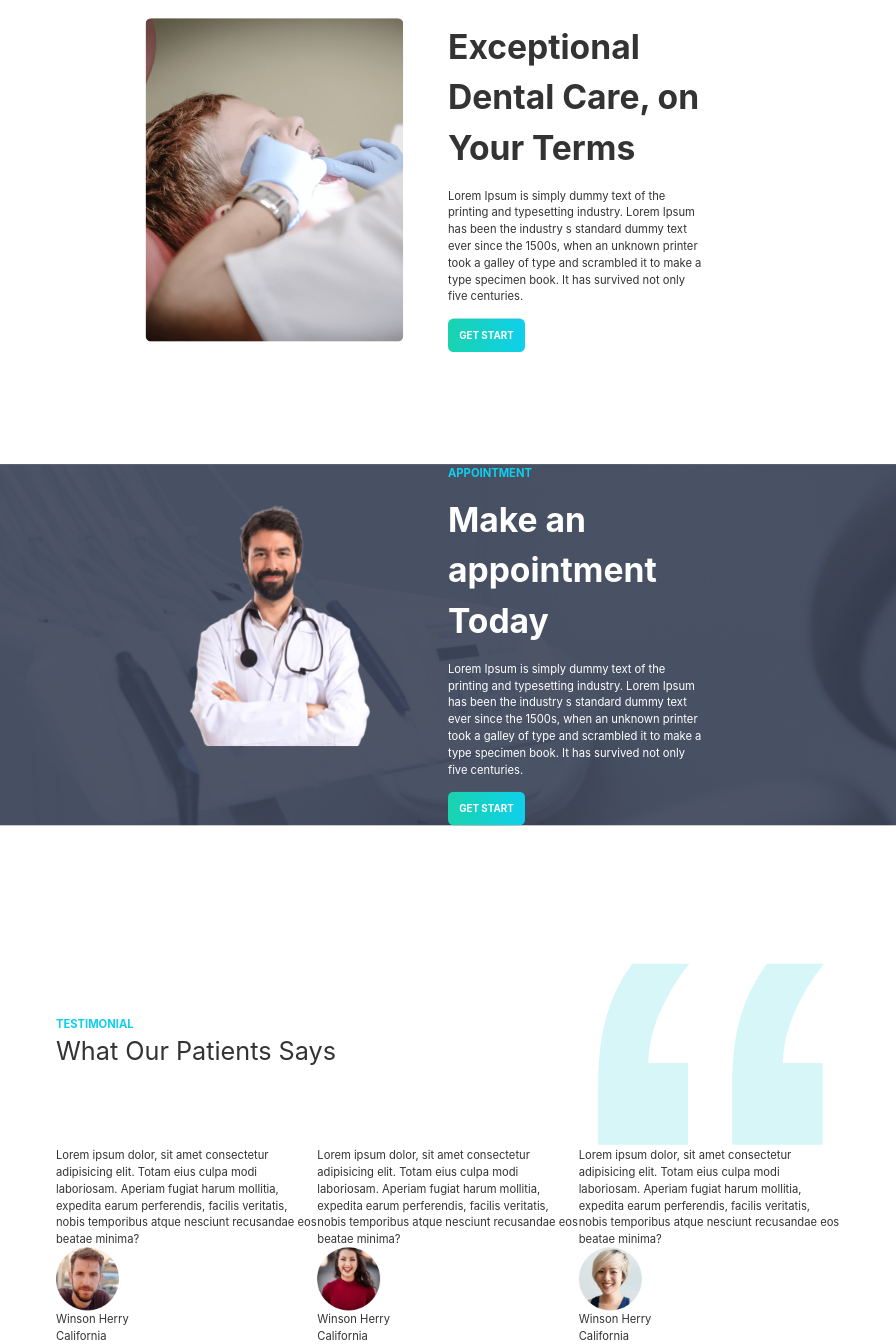
Repository: shikubro90/doctorsportal
Page: /
These files come from the project's save history. The page is drawn as it stood at one moment and after a run of saves; the edit follows.
The browser window is 1280 px wide. The pictures show the part of the page from y = 1780 to 3700 px (the page is 3700 px tall before and 3676 px after), at 70% of full size.
The project was rebuilt for these pictures with package versions that can differ from the ones it lists, and the page was loaded fresh each time. Also part of the build but not shown: src/App.css, src/Pages/About/About.jsx.

Above is the page before, as saved 2022-10-02 09:23:29.

After the next 5 saves:
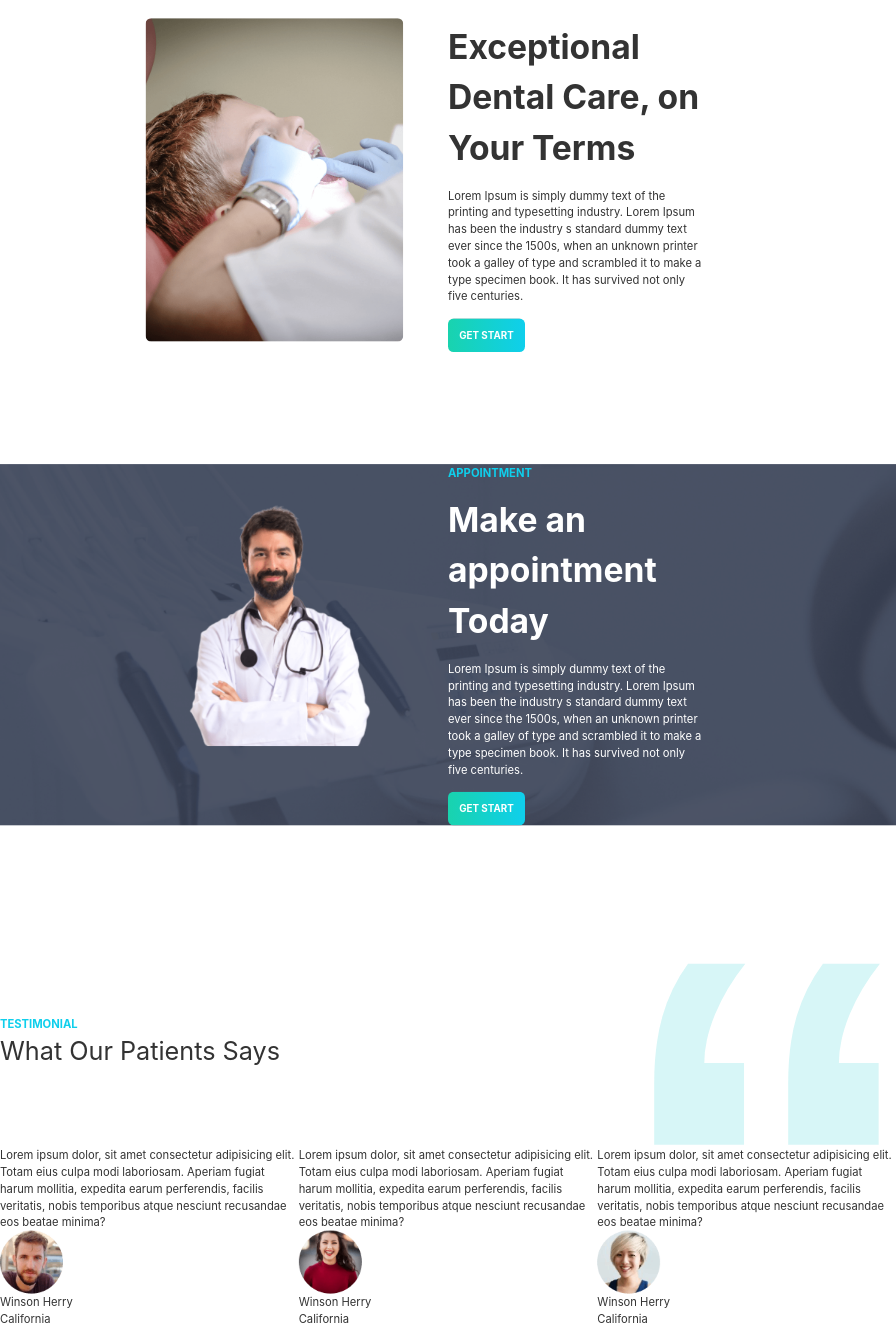
The 5 saves are shown as one change because they came seconds apart.
The last was saved 13 s later.
--- a/src/Pages/Home/TestimonialSection.jsx
+++ b/src/Pages/Home/TestimonialSection.jsx
@@ -5,7 +5,7 @@
 
 const TestimonialSection = () => {
   return (
-    <div className="testimonial px-20 ">
+    <div className="testimonial px-">
       <div className="testimonialWrap">
         <div className="content">
           <div className="header flex items-center justify-between">

After the save that followed:
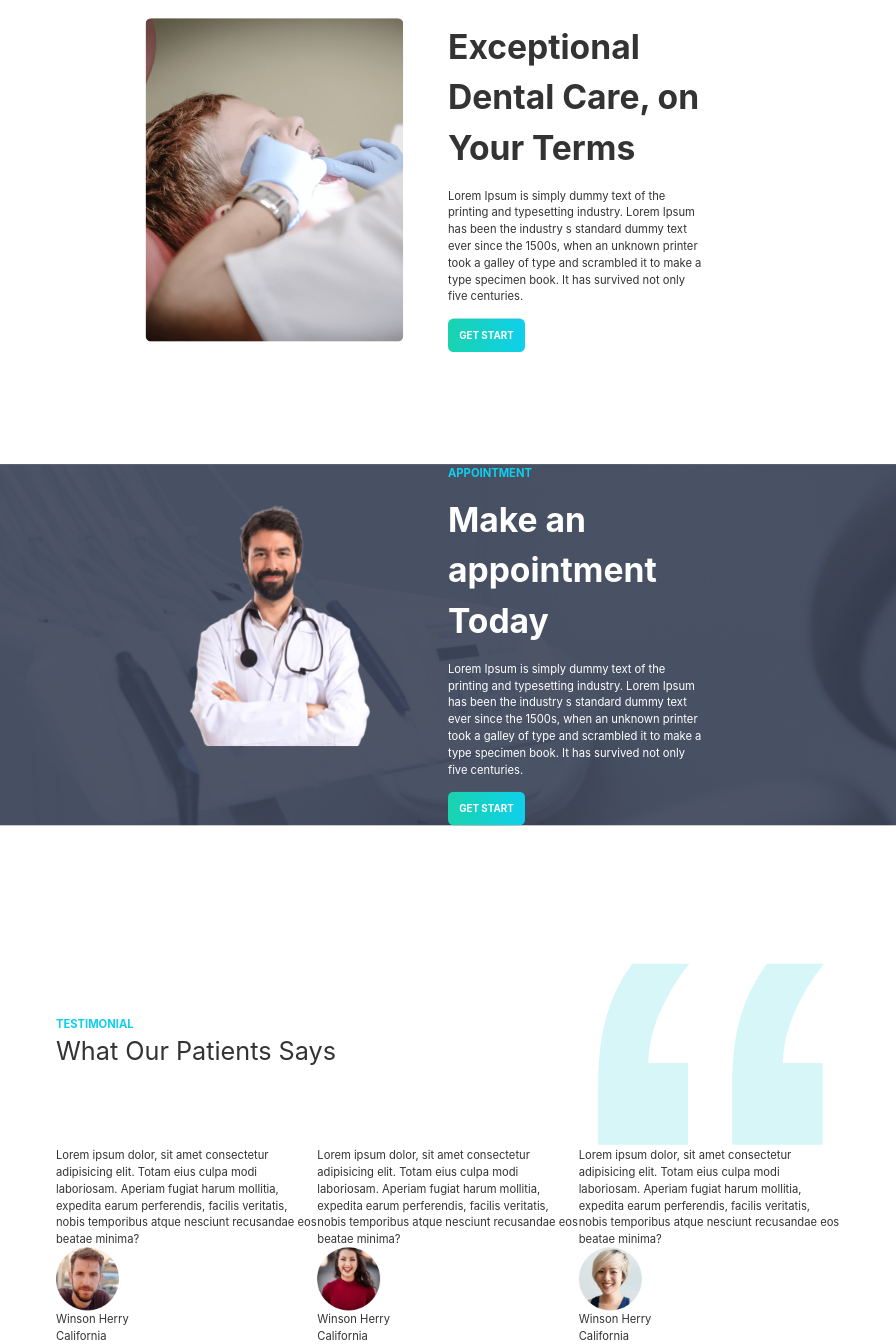
Saved 4 s later.
--- a/src/Pages/Home/TestimonialSection.jsx
+++ b/src/Pages/Home/TestimonialSection.jsx
@@ -5,7 +5,7 @@
 
 const TestimonialSection = () => {
   return (
-    <div className="testimonial px-">
+    <div className="testimonial px-20">
       <div className="testimonialWrap">
         <div className="content">
           <div className="header flex items-center justify-between">
